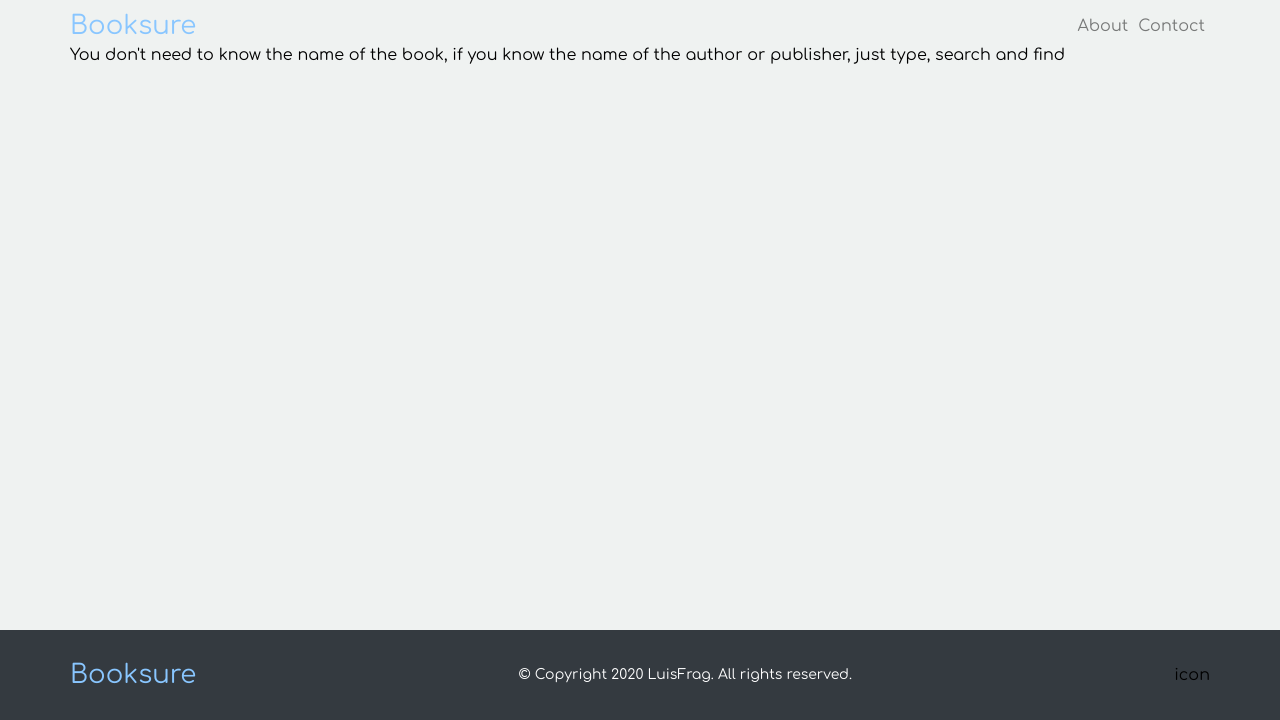
Repository: changesxxx/searchBooks
Page: /search
An editor plug-in stored every save of this project. The page is shown before and after the next save, followed by the edit.
The browser window is 1280 px wide. The pictures show the whole page.
The project was rebuilt for these pictures with package versions that can differ from the ones it lists, and the page was loaded fresh each time. Also part of the build but not shown: craco.config.js.

Above is the page before, as saved 2024-06-24 17:40:42.

After the next save:
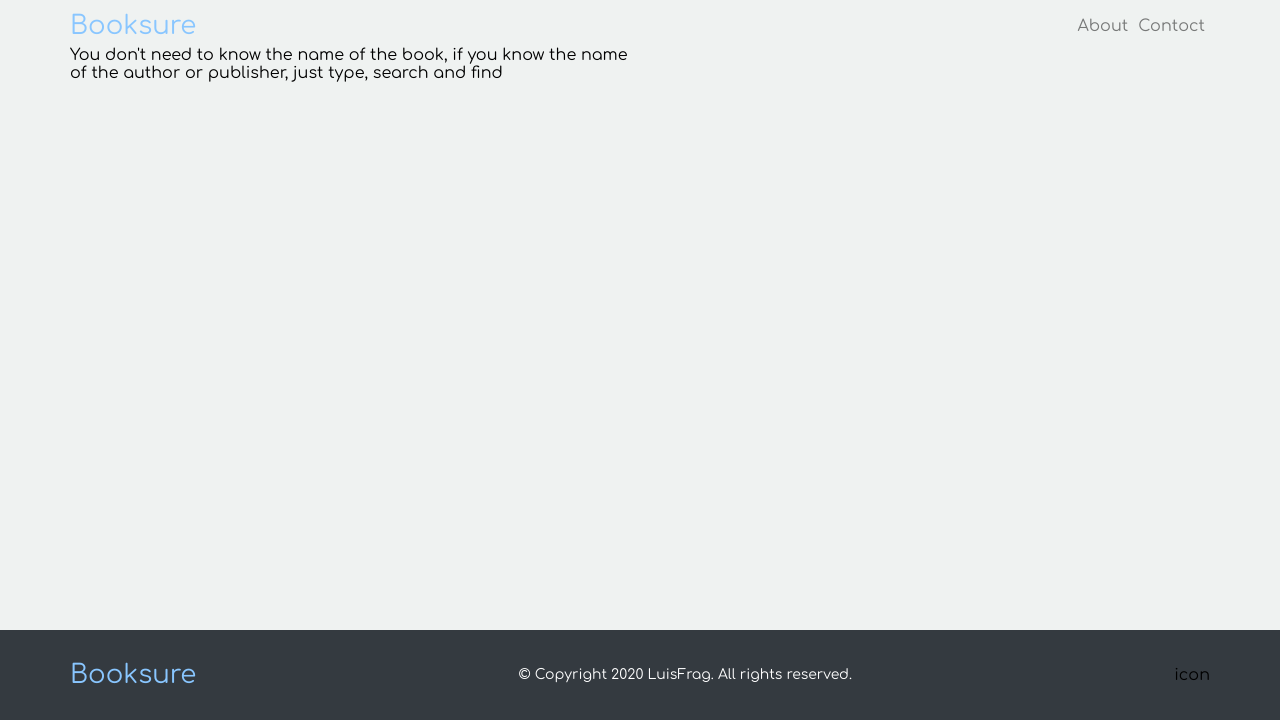
Saved 14 s later.
--- a/src/view/search/style.js
+++ b/src/view/search/style.js
@@ -5,6 +5,10 @@ const searchWrapper = styled.div`
 
   .describe {
     display: flex;
+
+    div {
+      flex: 1;
+    }
   }
 `
 
